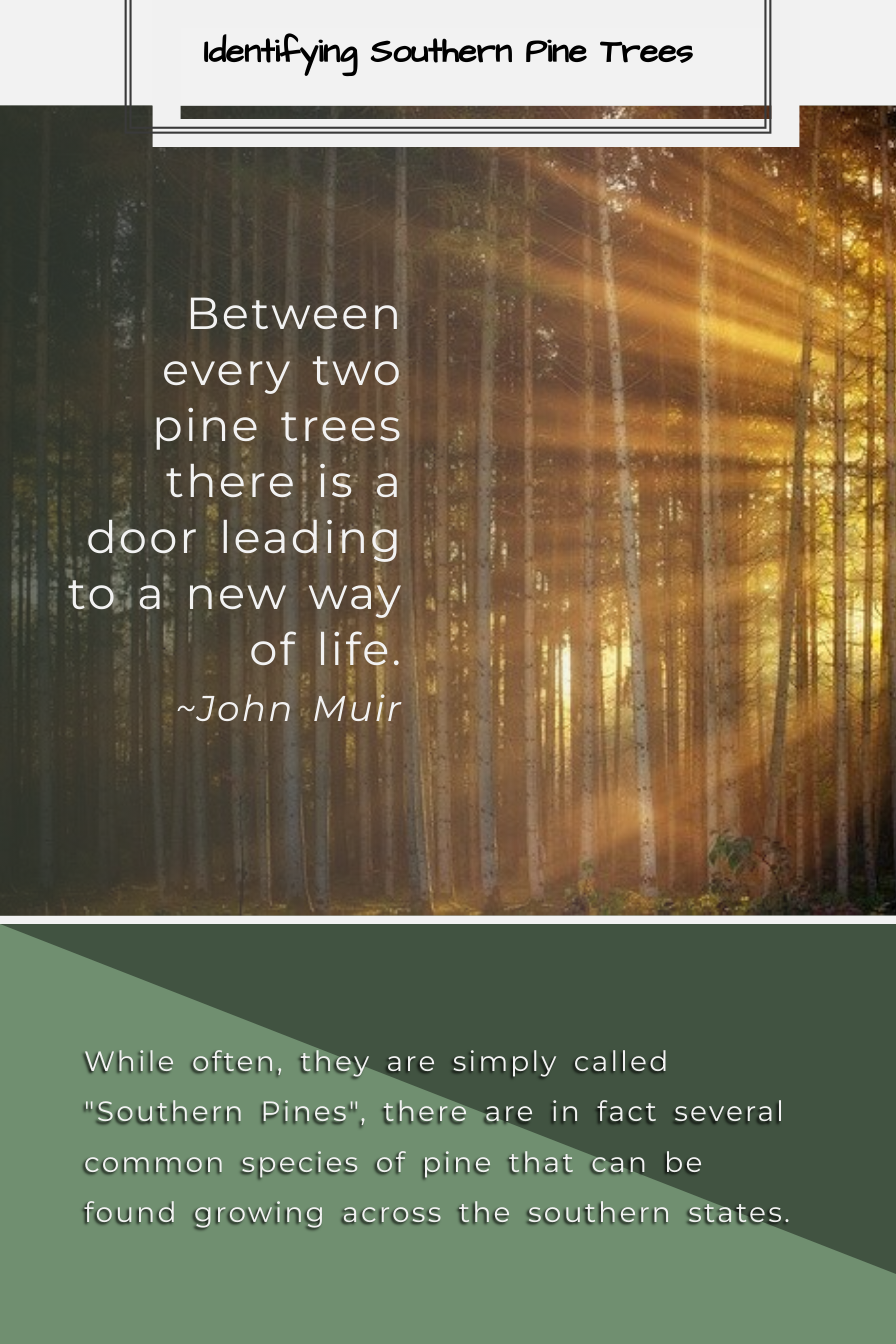
Repository: Sbethm/louisianaPineTrees
Page: pine_main.html
These files come from the project's save history. The page is drawn as it stood at one moment and after the next save; the edit follows.
The browser window is 1280 px wide. The pictures show the part of the page from y = 0 to 1920 px (the page is 2983 px tall), at 70% of full size.
The style sheet was rebuilt from its Sass, Less or Tailwind sources for each picture, by a compiler version that may differ from the author's.

Above is the page before, as saved 2021-09-24 11:07:38.

After the next save:
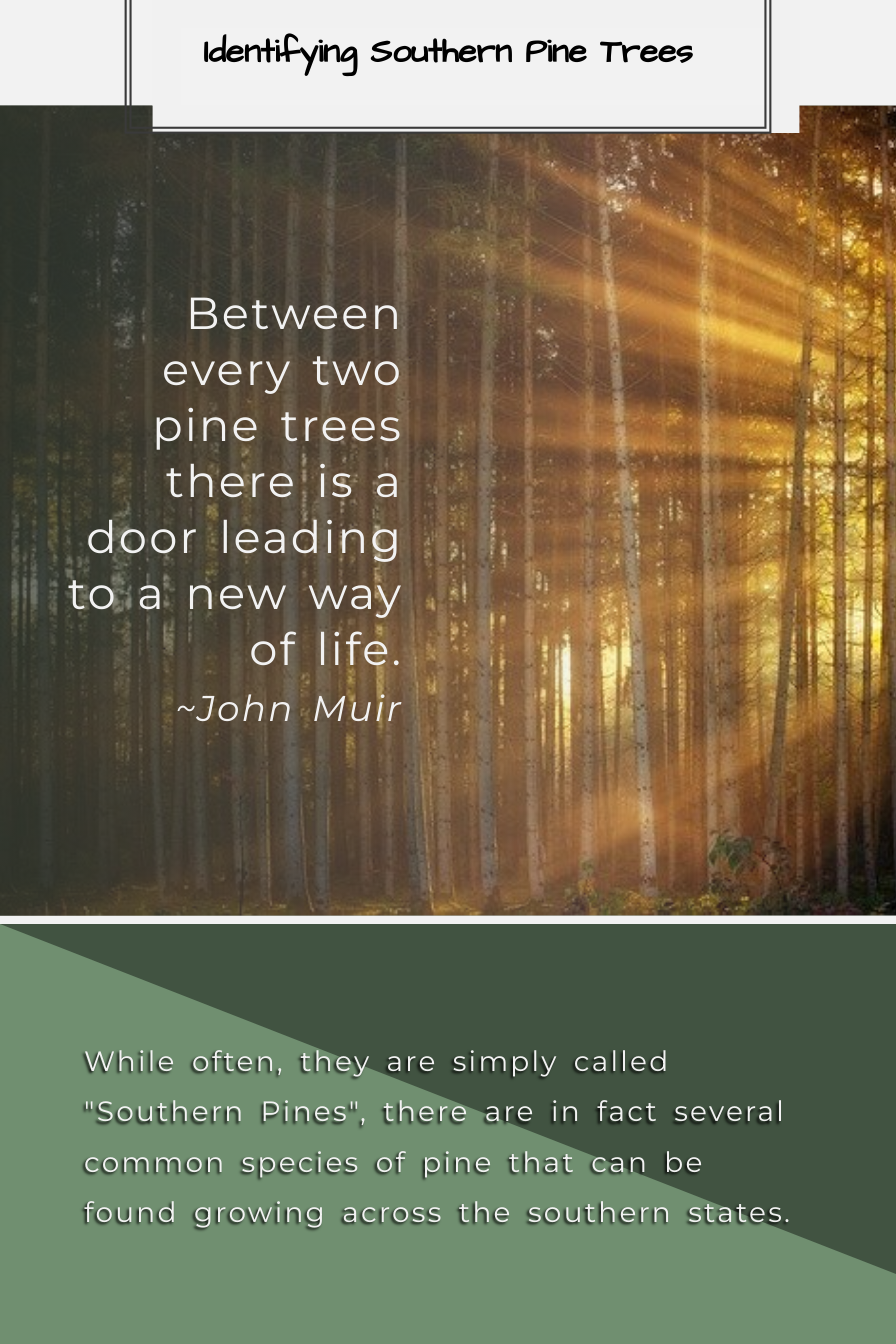
Saved 4 s later.
--- a/src/scss/main.scss
+++ b/src/scss/main.scss
@@ -30,7 +30,7 @@ h1{
         content: "";
         position: absolute;
         width: 100%;
-        height: calc(100% - 21px);
+        height: calc(100% - 41px);
         border: 40px solid #f1f1f1;
         box-sizing: content-box;
         top: 0;
